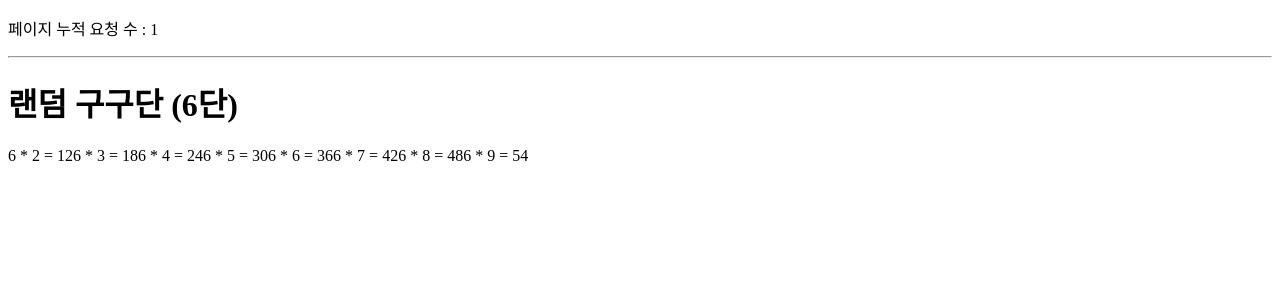
Repository: eyonghwan/jsp_practice
Page: http://localhost/JSPBasic/JspTag/TagQ02.jsp
An editor plug-in stored every save of this project. The page is shown before and after the next save, followed by the edit.
The browser window is 1280 px wide. The pictures show the whole page.
The page is served by Tomcat 9.

Above is the page before, as saved 2022-01-28 08:36:47.

After the next save:
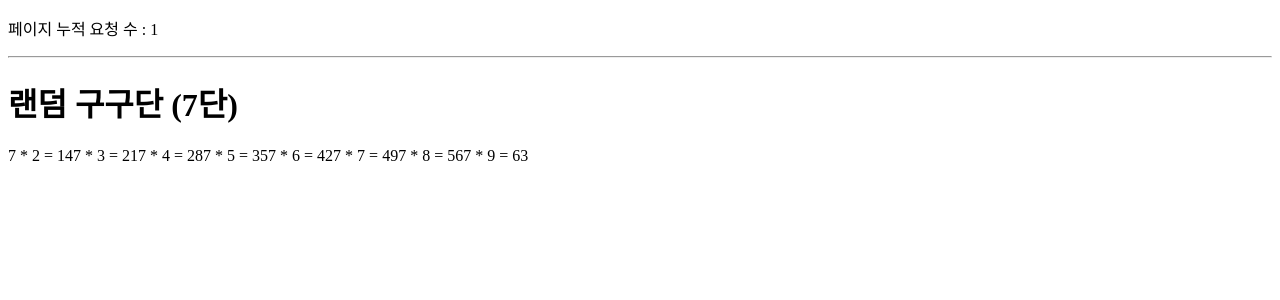
Saved 37 s later.
--- a/JSPBasic/src/main/webapp/JspTag/TagQ02.jsp
+++ b/JSPBasic/src/main/webapp/JspTag/TagQ02.jsp
@@ -22,9 +22,9 @@
 	%>
 	</p>
 	<hr/>
-	<h1>랜덤 구구단 (<% out.print((int)(Math.random() * 8) + 1); %>단)</h1>
+	<h1>랜덤 구구단 (<% out.print((int)(Math.random() * 9) + 1); %>단)</h1>
 	<%
-	int dan = (int)(Math.random() * 8) + 1;
+	int dan = (int)(Math.random() * 9) + 1;
 	for(int i = 2; i < 10; i++) {
 		out.print(dan + " * " + i + " = " + dan * i);
 	}%>
